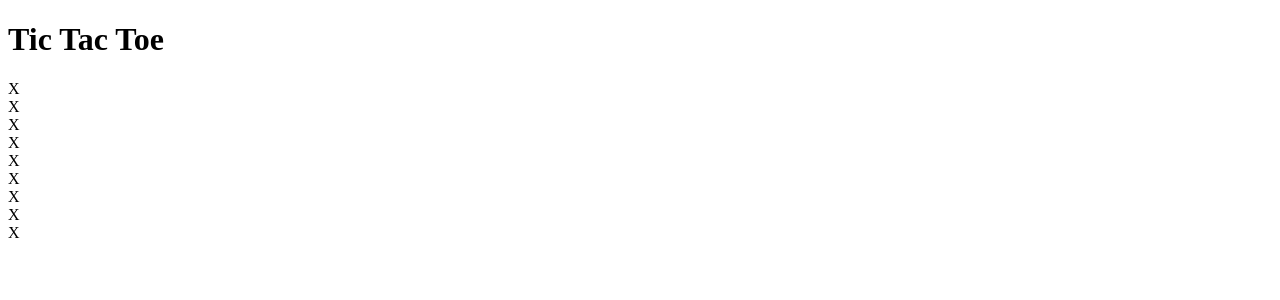
Repository: rts-cmk/tic-tac-toe-Malak-003
Page: /
The author's editor kept a copy of each file at every save. The page is drawn from the files as they stood at one save, then again after the next save.
The browser window is 1280 px wide. The pictures show the whole page.
The project was rebuilt for these pictures with package versions that can differ from the ones it lists, and the page was loaded fresh each time. Also part of the build but not shown: vite.config.js, src/index.css.

Above is the page before, as saved 2025-11-04 09:13:38.

After the next save:
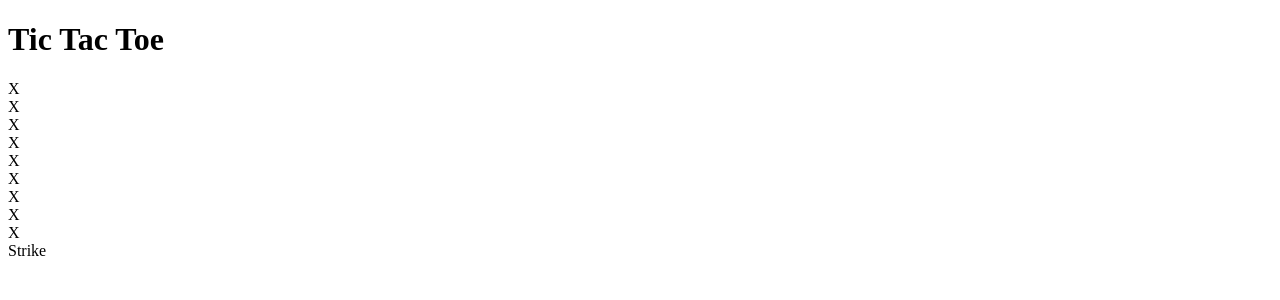
Saved 40 s later.
--- a/src/components/Board.jsx
+++ b/src/components/Board.jsx
@@ -1,3 +1,4 @@
+import Strike from "./Strike"
 import Tile from "./Tile"
 
 function Board(){
@@ -11,6 +12,7 @@ function Board(){
         <Tile/>
         <Tile/>
         <Tile/>
+        <Strike/>
     </div>
 }
 

After the save that followed:
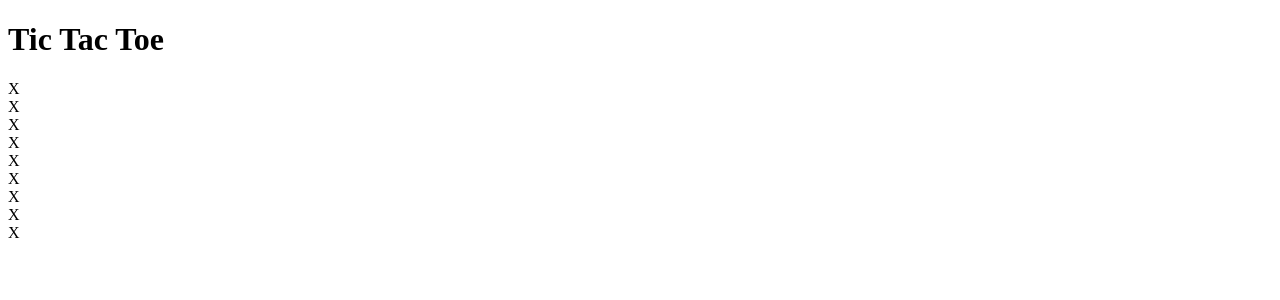
Saved 23 s later.
--- a/src/components/Strike.jsx
+++ b/src/components/Strike.jsx
@@ -1,6 +1,6 @@
 
 function Strike(){
-    return <div>Strike</div>
+    return <div></div>
 
 }
     export default Strike
